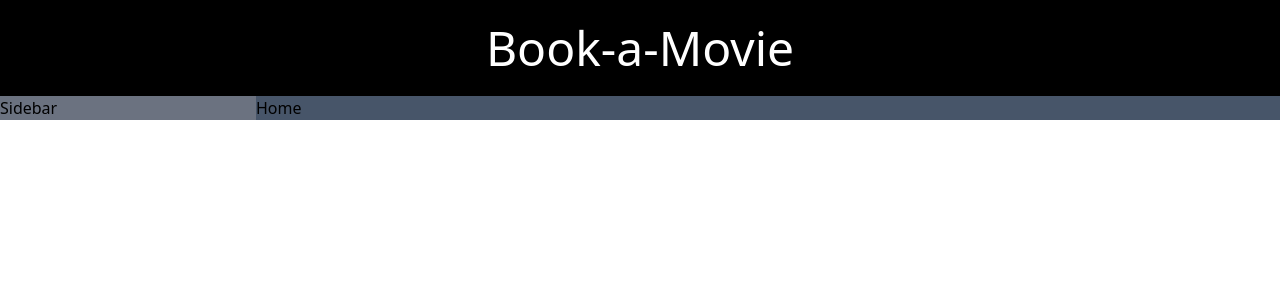
Repository: BhumilModi/movie-booking-app-assignment
Page: /Home
An editor plug-in stored every save of this project. The page is shown before and after the next save, followed by the edit.
The browser window is 1280 px wide. The pictures show the whole page.
The project was rebuilt for these pictures with package versions that can differ from the ones it lists, and the page was loaded fresh each time. Also part of the build but not shown: src/App.css, src/components/Login.jsx, src/components/SignUp.jsx.

Above is the page before, as saved 2022-11-29 19:04:14.

### src/App.js
import { BrowserRouter, Route, Routes } from 'react-router-dom';
import './App.css';
import Home from './components/Home';
import Login from './components/Login';
import SignUp from './components/SignUp';
function App() {

  return (
    <BrowserRouter>
      <Routes>
        <Route path='/' element={<Login />} />
        <Route path='/signUp' element={<SignUp />} />
        <Route path='/Home' element={<Home />} />
      </Routes>
    </BrowserRouter>
  );
}

export default App;

### src/components/Home.jsx
import React from "react";
import Navbar from "./Navbar";
import Sidebar from "./Sidebar";

function Home() {
  return (
    <div className="h-full bg-slate-600">
      <Navbar />
      <div className="flex">
        <Sidebar />
        Home
      </div>
    </div>
  );
}

export default Home;

### src/components/Navbar.jsx
import React from "react";

function Navbar() {
  return (
    <div className="h-24 bg-black flex justify-center items-center w-full">
      <div className="text-white text-[48px]">Book-a-Movie</div>
    </div>
  );
}

export default Navbar;

### src/components/Sidebar.jsx
import React from "react";

function Sidebar() {
  return <div className="w-1/5 h-full bg-gray-500">Sidebar</div>;
}

export default Sidebar;

Loaded but not shown: public/index.html (common file); src/index.js (common file); src/index.css (common file); tailwind.config.js (common file)

After the next save:
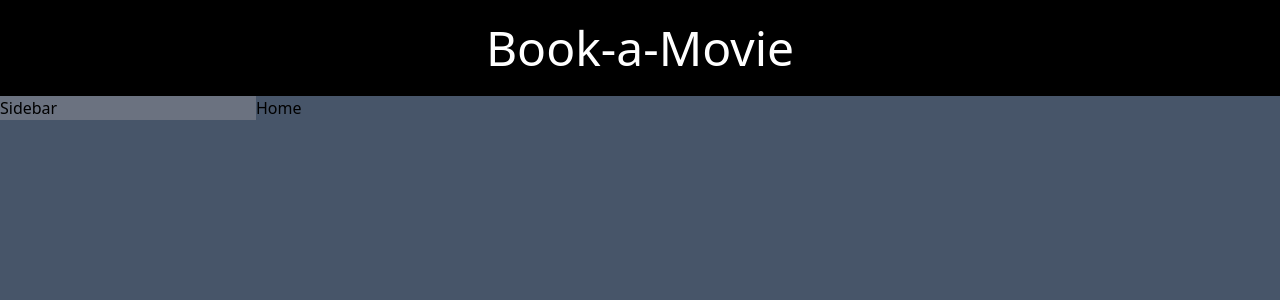
Saved 7 s later.
--- a/src/components/Home.jsx
+++ b/src/components/Home.jsx
@@ -4,7 +4,7 @@
 
 function Home() {
   return (
-    <div className="h-full bg-slate-600">
+    <div className="h-screen bg-slate-600">
       <Navbar />
       <div className="flex">
         <Sidebar />

After the 4 saves that followed:
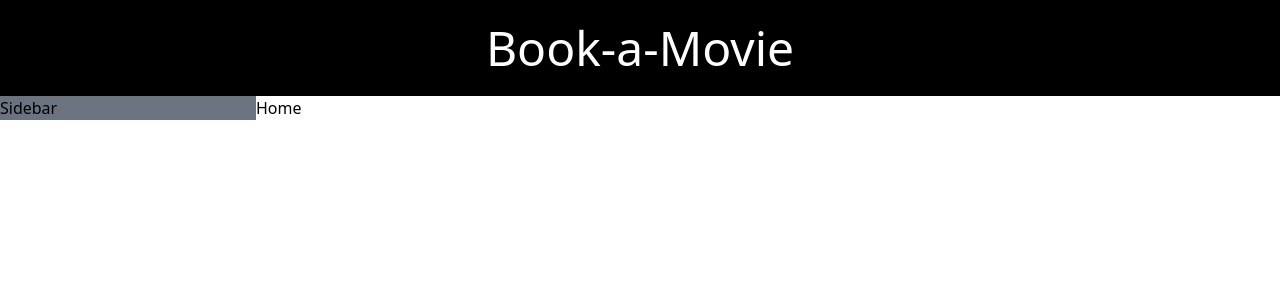
The 4 saves are shown as one change because 3 left the picture as it was.
The last was saved 88 s later.
--- a/src/components/Home.jsx
+++ b/src/components/Home.jsx
@@ -4,7 +4,7 @@
 
 function Home() {
   return (
-    <div className="h-screen bg-slate-600">
+    <div>
       <Navbar />
       <div className="flex">
         <Sidebar />
--- a/src/components/Sidebar.jsx
+++ b/src/components/Sidebar.jsx
@@ -1,7 +1,7 @@
 import React from "react";
 
 function Sidebar() {
-  return <div className="w-1/5 h-full bg-gray-500">Sidebar</div>;
+  return <div className="w-1/5 h-fit bg-gray-500">Sidebar</div>;
 }
 
 export default Sidebar;
